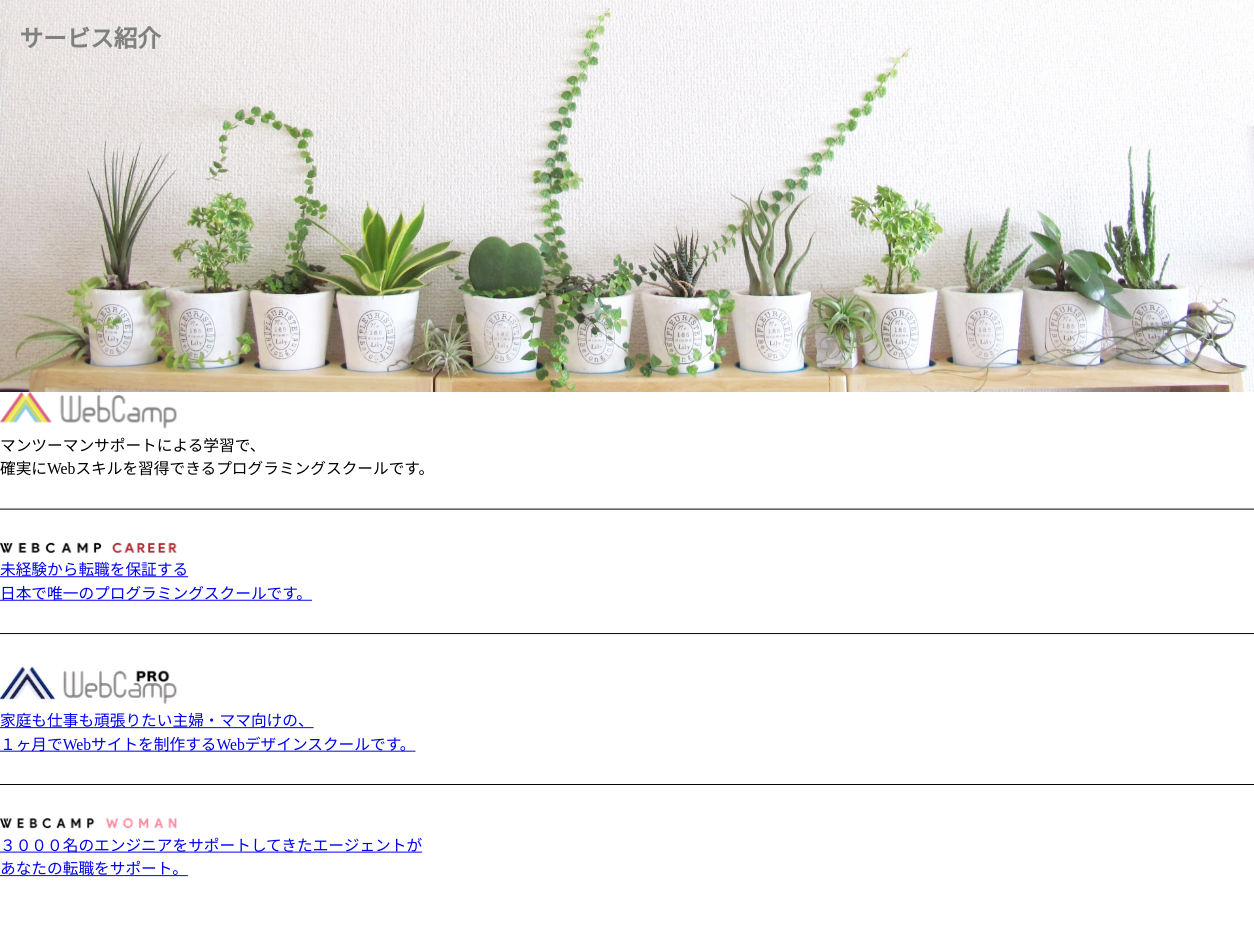
Repository: Yuki-Kawagoe/chapter4
Page: chapter7/index.html
The author's editor kept a record of every edit. The page is drawn from the files as they stood at one moment, then again after the next edit.
The browser window is 1280 px wide. The pictures show the whole page, at 98% of full size.

Above is the page before.

After the next edit:
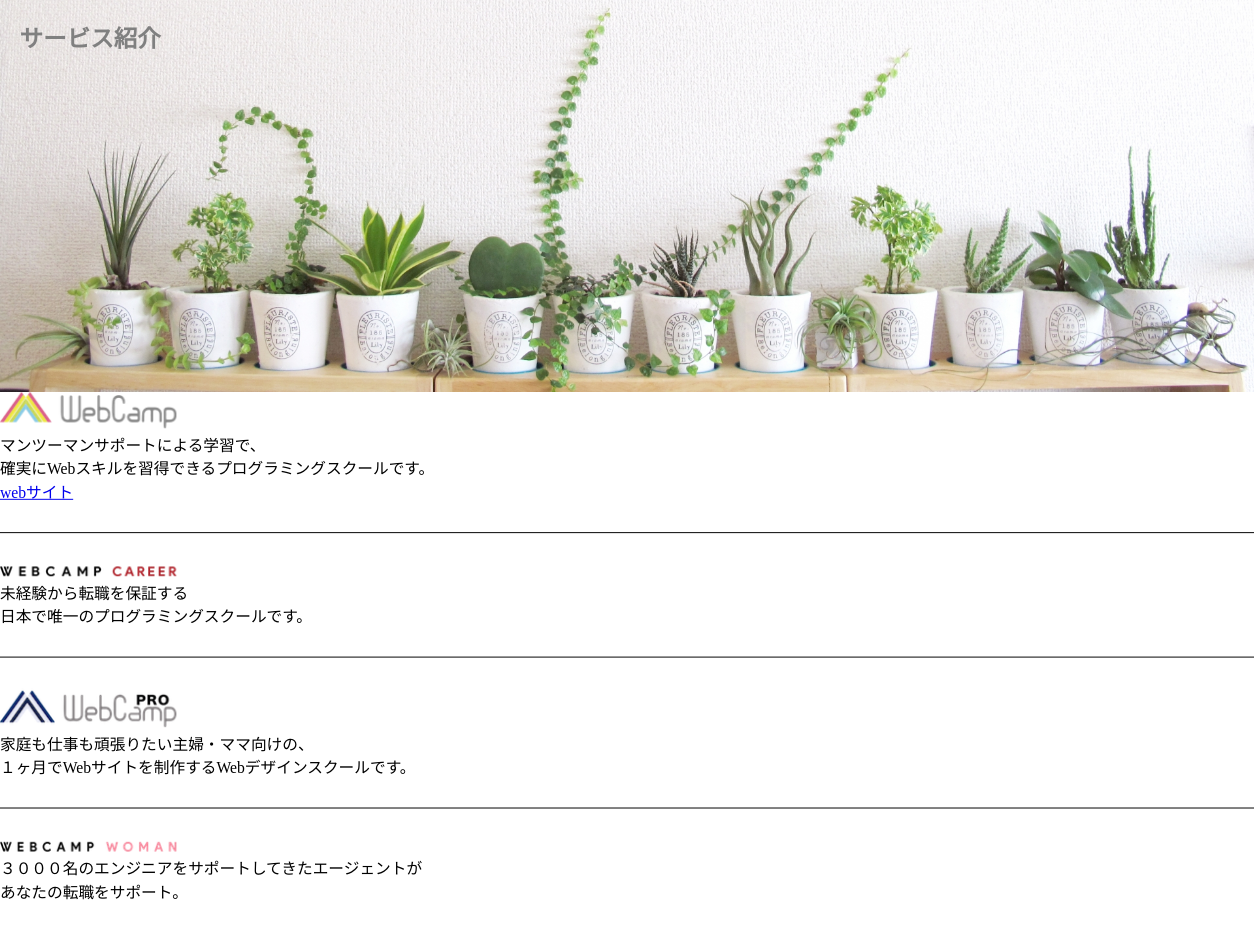
The edit:
--- a/chapter7/index.html
+++ b/chapter7/index.html
@@ -18,7 +18,7 @@
       <img src="img/wc-logo.png"></img>
       <p>マンツーマンサポートによる学習で、</br>
       確実にWebスキルを習得できるプログラミングスクールです。</p>
-        <a href="index.html" webサイト/>
+        <a href="index.html">webサイト</a>
 
       </section>
 
